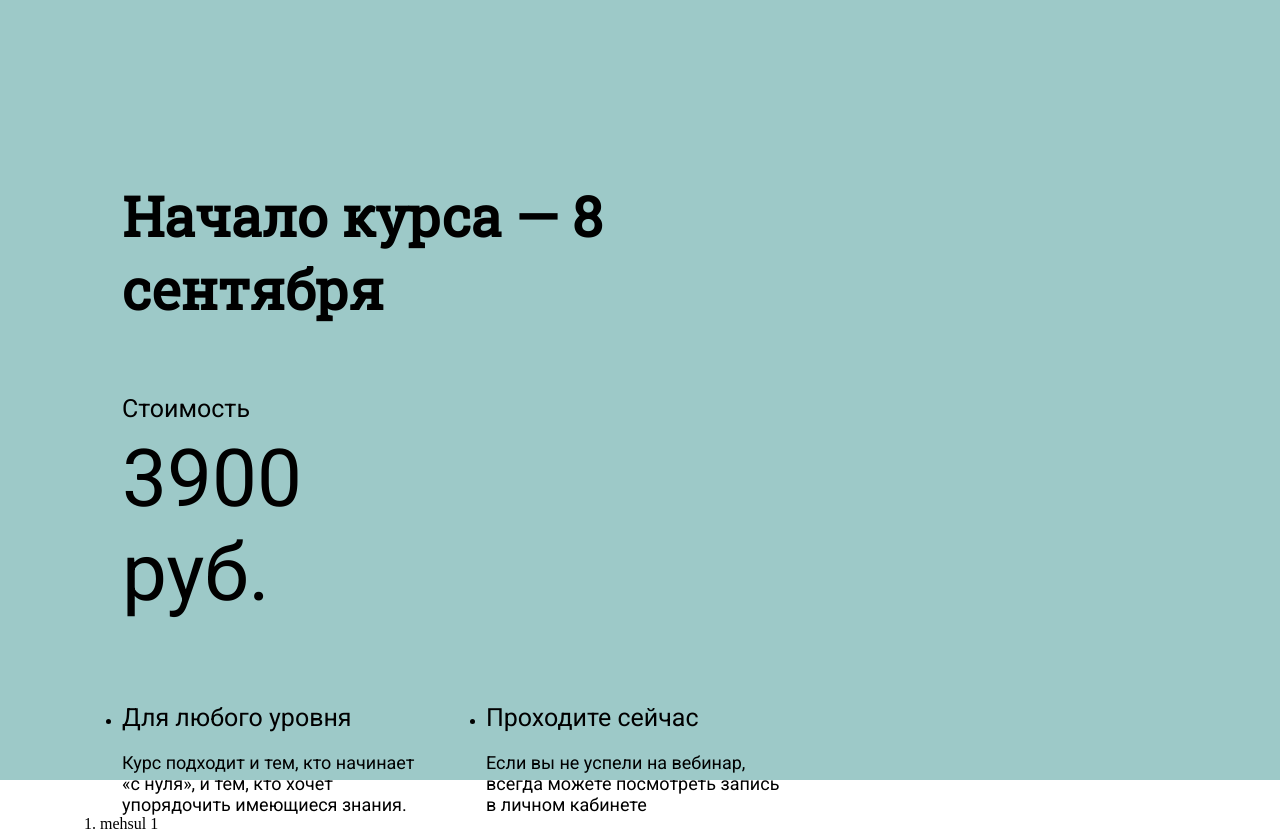
Repository: NatiqSamiyev/fiqma-task3
Page: index.html
The author's editor kept a copy of each file at every save. The page is drawn from the files as they stood at one save, then again after a run of saves.
The browser window is 1280 px wide. The pictures show the whole page.

Above is the page before, as saved 2023-08-09 13:09:16.

### index.html
<!DOCTYPE html>
<html lang="en">
  <head>
    <meta charset="UTF-8" />
    <meta name="viewport" content="width=device-width, initial-scale=1.0" />
    <link rel="stylesheet" href="index.css" />
    <title>Document</title>
  </head>
  <body>
    <div class="container">
      <h2>Начало курса — 8 сентября</h2>
      <h4>Стоимость</h4>
      <h1>3900 руб.</h1>

      <ul>
        <li>
          <h5>Для любого уровня</h5>
          <p>
            Курс подходит и тем, кто начинает «с нуля», и тем, кто хочет
            упорядочить имеющиеся знания.
          </p>
        </li>

        <li>
          <h5>Проходите сейчас</h5>
          <p>
            Если вы не успели на вебинар, всегда можете посмотреть запись в
            личном кабинете
          </p>
        </li>
      </ul>
      <ol>
        <li>mehsul 1</li>
      </ol>
    </div>
  </body>
</html>

### index.css
@import url("https://fonts.googleapis.com/css2?family=Roboto+Slab&family=Roboto:wght@400;700&display=swap");
* {
  margin: 0;
  padding: 0;
  box-sizing: border-box;
}

.container {
  width: 100%;
  height: 780px;
  background: #9dc9c8;
}

.container h2 {
  padding: 179px 410px 0 122px;
  font-family: Roboto Slab;
  font-size: 55px;
  font-style: normal;
  font-weight: 700;
}

.container h4 {
  padding: 69px 1148px 0 122px;
  font-family: Roboto;
  font-size: 25px;
  font-style: normal;
  font-weight: 400;
}

.container h1 {
  padding: 9px 837px 0 122px;
  font-family: Roboto;
  font-size: 80px;
  font-style: normal;
  font-weight: 400;
}

.container ul {
  padding-left: 122px;
  display: flex;
  text-decoration: none;
}

.container ul li {
  padding: 83px 70px 0 0px;
}

.container h5 {
  padding-bottom: 20px;
  font-family: Roboto;
  font-size: 25px;
  font-style: normal;
  font-weight: 400;
}

.container p {
  width: 294px;
  font-family: Roboto;
  font-size: 18px;
  font-style: normal;
  font-weight: 400;
}
ol{
  margin-left: 100px;
}

After the next 3 saves:
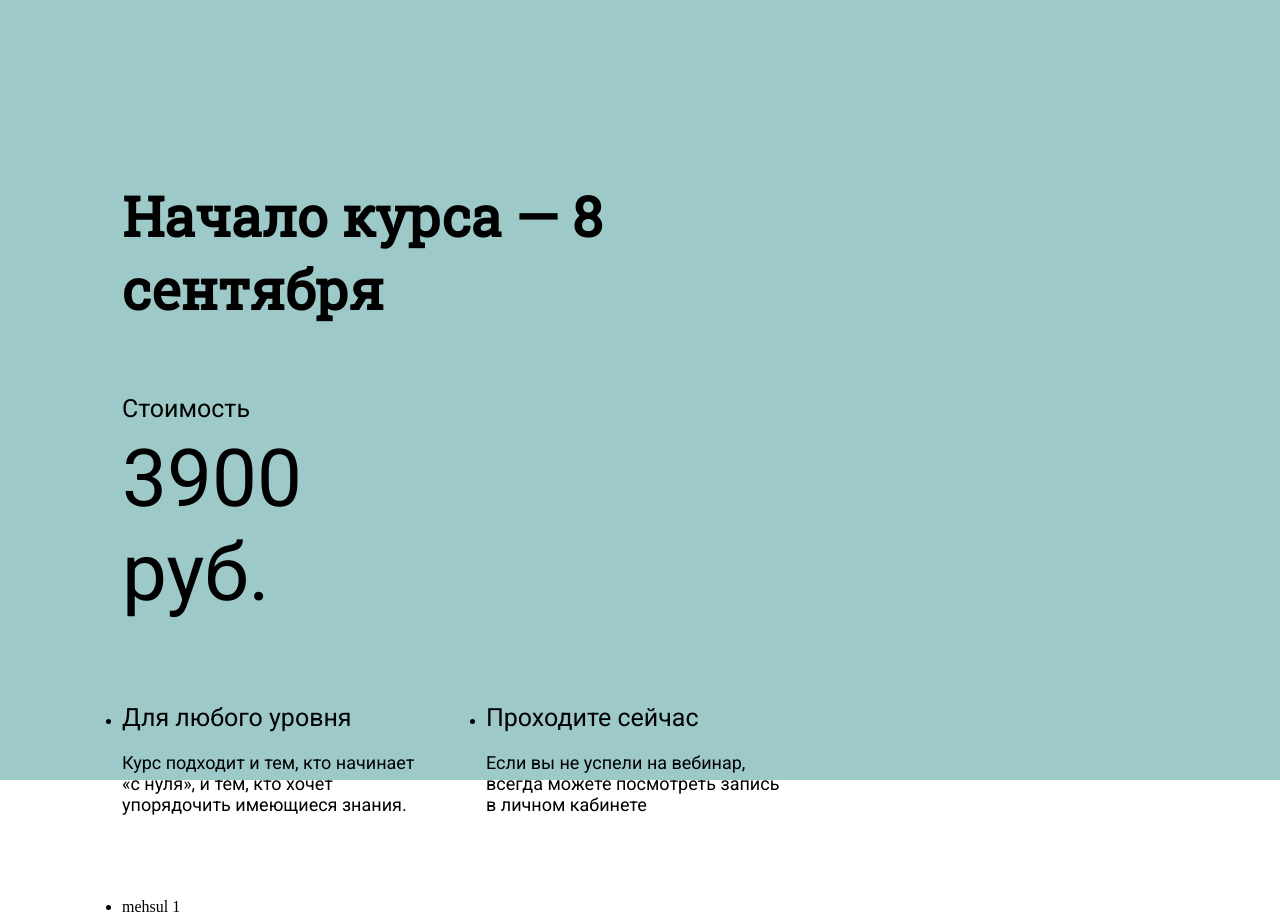
The 3 saves are shown as one change because they came seconds apart.
The last was saved 17 s later.
--- a/index.html
+++ b/index.html
@@ -29,9 +29,9 @@
           </p>
         </li>
       </ul>
-      <ol>
+      <ul>
         <li>mehsul 1</li>
-      </ol>
+      </ul>
     </div>
   </body>
 </html>
